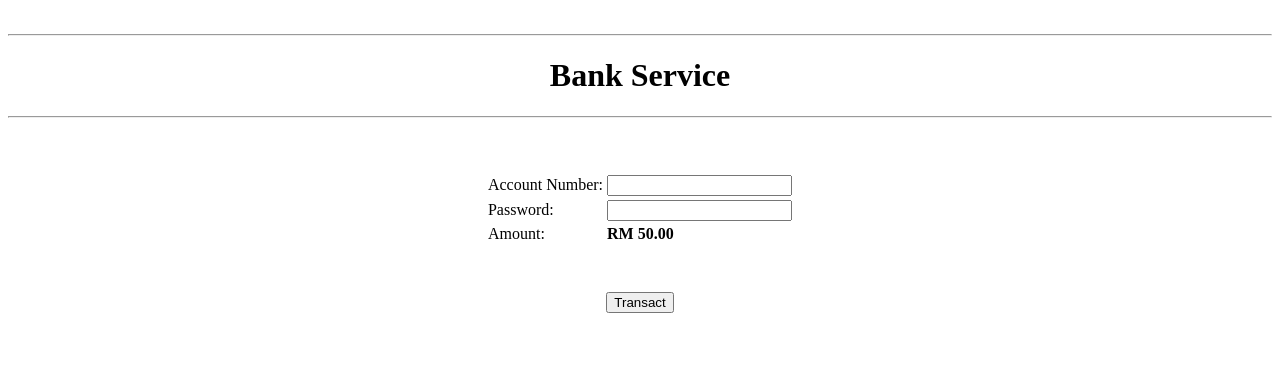
Repository: Jeck97/Mcdonald-Delivery-System
Page: http://localhost/McDelivery/bankService/transactionForm.jsp
An editor plug-in stored every save of this project. The page is shown before and after the next save, followed by the edit.
The browser window is 1280 px wide. The pictures show the whole page.
The page is served by Tomcat 9. Other server files are loaded and not shown.

Above is the page before, as saved 2020-07-12 18:09:42.

### McDelivery/WebContent/bankService/transactionForm.jsp
<%@ page language="java" contentType="text/html; charset=ISO-8859-1"
	pageEncoding="ISO-8859-1"%>
<!DOCTYPE html>
<html>
<head>
<meta charset="ISO-8859-1">
<title>Transaction Page</title>
</head>
<body>

	<br>

	<hr>

	<h1 style="text-align: center;">Bank Service</h1>

	<hr>

	<br>

	<div style="color: #FF0000; text-align: center;">${errorMessage}</div>

	<br>

	<form action="transactionServlet" method="post">

		<table style="align-content: space-between; margin: auto; padding: 10px;">
			<tr>
				<td><label for="account_number">Account Number:</label></td>
				<td><input id="account_number" name="account_number" type="number" required></td>
			</tr>
			<tr>
				<td><label for="password">Password:</label></td>
				<td><input id="password" name="password" type="password" required></td>
			</tr>
			<tr>
				<td><label>Amount:</label></td>
				<td><b>RM 50.00</b></td>
			</tr>
		</table>

		<br><br>

		<div style="text-align: center;">
			<input type="submit" value="Transact">
		</div>

	</form>

</body>
</html>

After the next save:
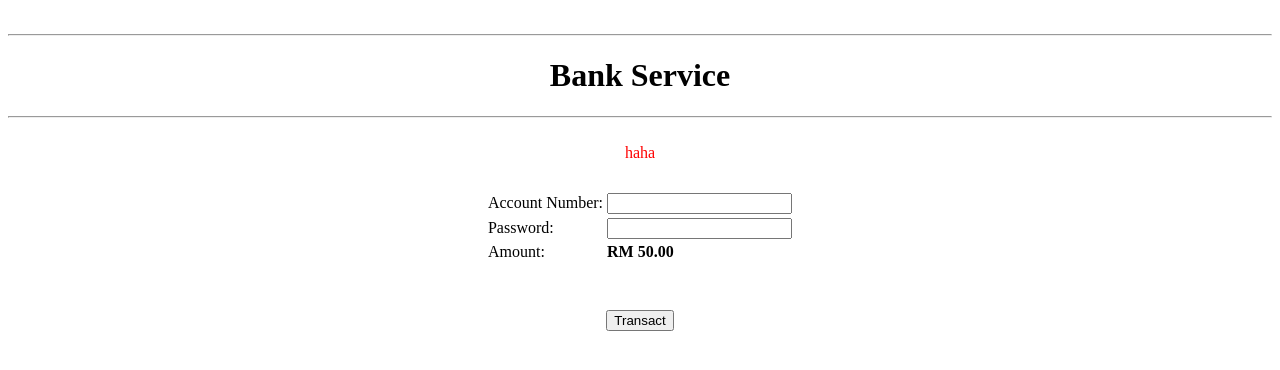
Saved 16 s later.
--- a/McDelivery/WebContent/bankService/transactionForm.jsp
+++ b/McDelivery/WebContent/bankService/transactionForm.jsp
@@ -18,7 +18,7 @@
 
 	<br>
 
-	<div style="color: #FF0000; text-align: center;">${errorMessage}</div>
+	<div style="color: #FF0000; text-align: center;">haha${errorMessage}</div>
 
 	<br>
 
